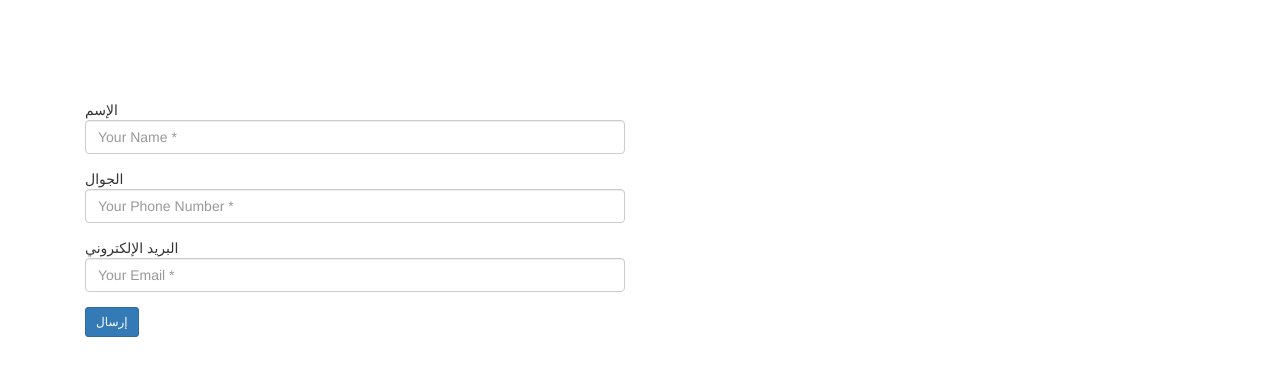
Repository: Abdaljawad-Aya/Itbeep-task
Page: http://localhost/form-user
These files come from the project's save history. The page is drawn as it stood at one moment and after the next save; the edit follows.
The browser window is 1280 px wide. The pictures show the whole page.
The page is served by the project's Laravel application, run on PHP 8.4 with Laravel 8.

Above is the page before, as saved 2021-03-07 17:17:27.

After the next save:
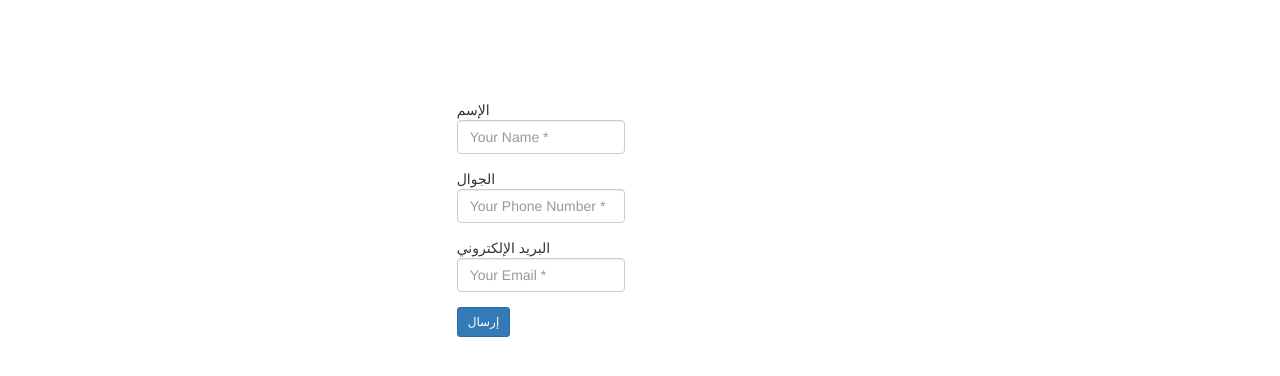
Saved 35 s later.
--- a/singlePageApp/resources/views/form-user.blade.php
+++ b/singlePageApp/resources/views/form-user.blade.php
@@ -13,7 +13,7 @@
     <title>Form</title>
 </head>
 <body>
-   <div class="container contact-form " style="margin-top:100px;">
+   <div class="container contact-form col-md-4 col-md-offset-4" style="margin-top:100px;">
      @if (session('status'))
        <div class="alert alert-success">
            {{ session('status')}}
